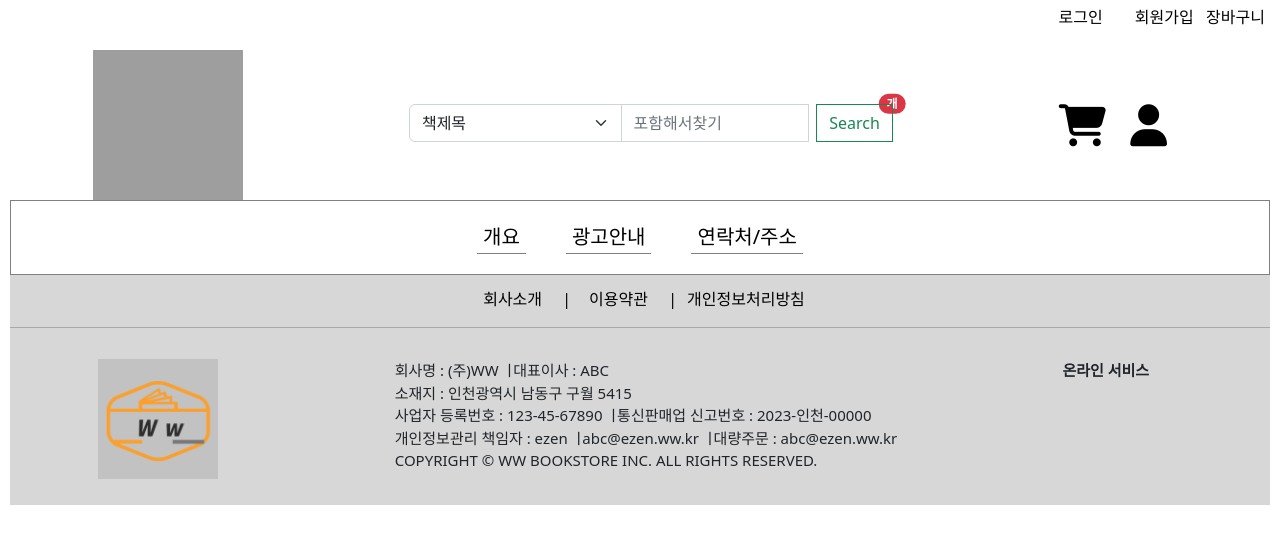
Repository: bongbongi/book1
Page: http://localhost/book/WEB-INF/views/board/boardIntroduce.jsp
These files come from the project's save history. The page is drawn as it stood at one moment and after the next save; the edit follows.
The browser window is 1280 px wide. The pictures show the whole page.
Pictures or frames that could not be fetched are drawn as grey boxes. Some web libraries are served in a nearby version. The page is served by Tomcat 9. Nobody is signed in. Other server files are loaded and not shown. The template is opened directly, without the code that normally fills it, so the values that code supplies are empty.

Above is the page before, as saved 2023-01-09 14:22:32.

### book/src/main/webapp/WEB-INF/views/board/boardIntroduce.jsp
<%@ page language="java" contentType="text/html; charset=UTF-8"
    pageEncoding="UTF-8"%>
<%@ taglib uri="http://java.sun.com/jsp/jstl/core" prefix="c"%>
<!DOCTYPE html>
<html>
<head>
<meta charset="UTF-8">
<link href="../resources/css/introduce.css" type="text/css" rel="stylesheet">
<title>Insert title here</title>
<style type="text/css">
.main{
	width:1260px;
	margin: 0 auto;

	text-align: center;
	border:1px solid gray;
}
.intro>a>button{
  	background-color: white;
	margin: 20px;
	font-size: 20px;
	border: none;
	border-bottom: 1px solid gray;
}
.intro>a>button:hover{
	background-color: rgba(210, 209, 209, 0.831);
}
.intro{
	display: flex;
	justify-content: center;
}
</style>
</head>
<body>
<jsp:include page="../layout/header.jsp"></jsp:include>
	<div class="main">
		<div class="intro">
				<a href="/content?content=okay1"><button>개요</button></a>
				<a href="/content?content=okay2"><button>광고안내</button></a>
				<a href="/content?content=okay3"><button>연락처/주소</button></a>
		</div>
		<c:forEach items="${content}" var="content">
			<c:choose>
				<c:when test="${content eq	'okay1' || content == 'main'}">
					<div class="companyIntroduce">
						<img alt="로고" src="/resources/img/logo.jpg"><Br>
					 	'ww'는 when where 의 약자로서 언제든 어디서든 노력한다는 뜻입니다.<br>
					 	'ww'라는 브랜드에는 고객의 꿈을 위해 언제, 어디서든 노력한다는 기업정신이<br>
					 	담겨 있습니다.

					 	'ww'는 수 없이 많은 새로운 서비스를 전자상거래에 도입하였으며 우리가 도입하면<br>
					 	 그것이 곧 업계의 표준이 되었습니다. 오늘도 'WW'는 혁신을 거듭하며 우리나라 <br>
					 	 전자상거래의 역사를 새롭게 써나가고 있습니다.<br>
						<table>
							<tr>
								<th>회사명</th>
								<td>(주)WW</td>
							</tr>
							<tr>
								<th>대표이사</th>
								<td>ABC</td>
							</tr>
							<tr>
								<th>소재지</th>
								<td>인천광역시 남동구 구월 5415</td>
							</tr>
							<tr>
								<th>사업자 등록번호</th>
								<td>123-45-67890</td>
							</tr>
							<tr>
								<th>통신판매업 신고번호</th>
								<td>2023-인천-00000</td>
							</tr>
							<tr>
								<th>개인정보관리 책임자</th>
								<td>ezen</td>
							</tr>
							<tr>
								<th>대량주문</th>
								<td>abc@ezen.ww.kr</td>
							</tr>
						</table>
					</div>
				</c:when>
				<c:when test="${content eq	'okay2'}"></c:when>
				<c:when test="${content eq	'okay3'}">
					<pre>
						WW 본사에서는 도서를 직접 판매하는 매장이 없으며, 온라인에서 주문하신 도서를 직접 찾아가실 수도 없습니다.
						오프라인 중고 매장을 찾으시는 경우에는 중고매장 리스트를 참고하시기 바랍니다.


						주소
						도로명 : 인천 남동구 인하로 485 4층
						지번 : 구월동 1465-1

						찾아오는 길
						[지하철]
						인천 2호선 예술회관역 2번 출구로 나와서 20m 직진
						인천 1호선 인천시청역 5번 출구로 나와서 500m 직진, 좌회전 200m
						[버스]
						예술회관 하차
						파랑버스 (간선) : 42, 45
						초록버스 (지선) : 534, 순환56
						* 고객님의 배송 및 이용 문의는 고객지원센터 전화 (지역번호 없이)
						  1544-2514 또는 1:1 문의를 이용해주십시오.
				 	</pre>
				</c:when>
			</c:choose>
		</c:forEach>
	</div>
<jsp:include page="../layout/footer.jsp"></jsp:include>
</body>
</html>

### book/src/main/webapp/WEB-INF/views/layout/header.jsp
<%@ page language="java" contentType="text/html; charset=UTF-8" pageEncoding="UTF-8"%>
<%@ taglib uri="http://java.sun.com/jsp/jstl/core" prefix="c"%>
<link href="https://cdn.jsdelivr.net/npm/bootstrap@5.2.2/dist/css/bootstrap.min.css" rel="stylesheet" integrity="sha384-Zenh87qX5JnK2Jl0vWa8Ck2rdkQ2Bzep5IDxbcnCeuOxjzrPF/et3URy9Bv1WTRi" crossorigin="anonymous">
<script src="https://kit.fontawesome.com/92e616dfba.js" crossorigin="anonymous"></script>
<meta charset="UTF-8">
<!DOCTYPE html>
<html>
<head>
<style>
.header {
   margin: 0 auto;
   width: 1260px;
   height: 200px;
}

.menu {
   display: flex;
   justify-content: flex-end;
   padding: 5px;
}

.logo {
   width: 150px;
   height: 150px;
   background-color: blue;
}

.logo>a>img {
   width: 150px;
   height: 150px;
}

.searchBar {
   /* position:absolute; */
   width: 484px;
   height: 42px;
   /* background-color: gold; */
   margin-top: 54px;
   border-radius: 30px;
}

.bar {
   height: 150px;
   display: flex;
   flex-direction: row;
   flex-wrap: nowrap;
   justify-content: space-around;
   /*    align-items: baseline; */
}

.icons>a>i {
   font-size: 42px;
   color: black;
   margin-top: 54px;
   margin-right: 20px;
}
</style>
</head>
<body>
   <div class="header">
      <div class="menu">
         <c:if test="${ses.mem_id ==null}">
            <ul>
               <a href="/mem/loginPage">로그인</a>
            </ul>
            <ul>
               <a href="/mem/joinPage">회원가입</a>
            </ul>
         </c:if>
         <c:if test="${ses.mem_auth == '0' }">
            <ul>
               <a href="/mem/logOut">로그아웃</a>
            </ul>
            <ul>
               <a href="/mem/adminPage">관리인페이지</a>
            </ul>
         </c:if>
         <c:if test="${ses.mem_id !=null && ses.mem_auth !='0' }">
            <ul>
               <a href="/mem/logOut">로그아웃</a>
            </ul>
            <ul>
               <a href="/mem/mypage">마이페이지</a>
            </ul>
         </c:if>
         <%-- <ul>
            <a href="/cart/cartdetail?mem_num=${ses.mem_num}">장바구니</a>
         </ul> --%>
         <c:if test="${ses.mem_id !=null}">
         <ul>
            <a href="/cart/cartdetail?mem_num=${ses.mem_num}">장바구니</a>
         </ul>
         </c:if>
         <c:if test="${ses.mem_id == null}">
               <a href="/mem/loginPage" onclick="gologin(event)">&nbsp&nbsp&nbsp장바구니</a>
         </c:if>
      </div>
      <div class="bar">
         <div class="logo">
            <a href="/"><img src="/resources/img/logo.jpg" alt="로고"></a>
         </div>
         <div class="searchBar">
            <form action="/book/search" class="d-flex" role="search" method="get">
               <div class="input-group mb-3">
                  <!-- 값을 별도 저장 -->
                  <c:set value="${pgh.pgvo.type}" var="typed" />
                  <select class="form-select" name="type">
                     <option value="t" ${typed eq 't' ? 'selected' :'' }>책제목</option>
                     <option value="c" ${typed eq 'c' ? 'selected' :'' }>작가이름</option>
                     <option value="w" ${typed eq 'w' ? 'selected' :'' }>출판사</option>
                  </select> <input class="form-control me-2" type="text" name="keyword" placeholder="포함해서찾기"> <input type="hidden" name="pageNo" value="1"> <input type="hidden" name="qty" value="10">
                  <button class="btn btn-outline-success" type="submit">Search</button>
                  <span class="position-absolute top-0 start-100 translate-middle badge rounded-pill bg-danger"> ${pgh.totalCount}개 <span class="visually-hidden">unread messages</span>
                  </span>
               </div>
            </form>
         </div>
         <div class="icons">
            <!-- 로그인 되었을때 -->
            <c:if test="${ses.mem_id !=null}">
            <a href="/cart/cartdetail?mem_num=${ses.mem_num}">
               <i class="fa-solid fa-cart-shopping"></i>
            </a>
            </c:if>
            <!-- 로그인 안되었을때 -->
            <c:if test="${ses.mem_id == null}">
            <a href="/mem/loginPage" onclick="gologin(event)">
               <i class="fa-solid fa-cart-shopping"></i>
            </a>
            </c:if>

            <c:if test="${ses.mem_auth == '0' }">
               <a href="/mem/adminPage">
                  <i class="fa-solid fa-user"></i>
               </a>
            </c:if>
            <c:if test="${ses.mem_auth != '0' }">
               <a href="/mem/mypage">
                  <i class="fa-solid fa-user"></i>
               </a>
            </c:if>

         </div>
      </div>
   </div>

   <script type="text/javascript">
      function gologin(event) {
         alert("로그인이 필요합니다!");
      }
      </script>
</body>
</html>

### book/src/main/webapp/WEB-INF/views/layout/footer.jsp
<%@ page language="java" contentType="text/html; charset=UTF-8"
   pageEncoding="UTF-8"%>
   <%@ taglib uri="http://java.sun.com/jsp/jstl/core" prefix="c"%>
<!DOCTYPE html>
<html>
<head>
<meta charset="UTF-8">
<title>Insert title here</title>
<style>
.footer {
   width: 1260px;
   height: 230px;
   background-color: rgba(175, 175, 175, 0.5);
   margin: 0 auto;
}

.footer-logo {

   width: 120px;
   height: 120px;
   background-color: beige;
}
.footer-logo>img{
   width: 120px;
   height: 120px;
}

.address-box {
   text-align: left;
   padding: 0;
   margin: 0;
}

.address {
   padding: 15px;
   height: 150px;
   display: flex;
   font-size: 15px;
   /* align-items: baseline; */
   flex-direction: row;
   flex-wrap: nowrap;
   justify-content: space-around;
}

ul {
   list-style: none;
}

.footer, .address li {

}

.footer-top {
   text-align: center;
   padding-top: 12px;
}

.footer-top>ul {
   margin: 0;
   padding: 0;
   display: flex;
   justify-content: center;
}

.footer-top>li {
   margin: 0;
   padding: 0;
}

a {
   text-decoration-line: none;
   color: black;
}

a:visited {
   text-decoration: none;
}

a:hover {
   text-decoration: none;
}

a:focus {
   text-decoration: none;
}

a:hover, a:active {
   text-decoration: none;
}

.online-serviceBar {
   padding: 0px;
   margin-left: 20px;
   width: 120px;
   height: 120px;
}

.online-serviceBar>ul {
   margin: 0px;
   padding: 0px;
}

</style>

</head>

<body>
   <div class="footer">
      <div class="footer-top">
         <ul>
            <li><a href="/introduce">회사소개 　|　 </a></li>
            <li><a href="/tos">이용약관 　| 　</a></li>
            <li><a href="/pp">개인정보처리방침</a></li>
         </ul>
      </div>
      <hr>
      <div class="address">
         <div class="footer-logo">
            <img src="../resources/img/logo2.png" alt="로고">
         </div>
         <div class="address-box">
            <ul>
               <li>회사명 : (주)WW <span style="margin-right: -7px;">ㅣ</span>
                  대표이사 : ABC
               </li>

               <li>소재지 : 인천광역시 남동구 구월 5415</li>
               <li>사업자 등록번호 : 123-45-67890 <span style="margin-right: -7px;">ㅣ</span>
                  통신판매업 신고번호 : 2023-인천-00000
               </li>

               <li>개인정보관리 책임자 : ezen <span style="margin-right: -7px;">ㅣ</span>
                  abc@ezen.ww.kr <span style="margin-right: -7px;">ㅣ</span> 대량주문 :
                  abc@ezen.ww.kr
               </li>

               <li>COPYRIGHT © WW BOOKSTORE INC. ALL RIGHTS RESERVED.</li>

            </ul>

         </div>
         <div class="online-serviceBar">
            <strong>온라인 서비스</strong>
            <c:if test="${ses.mem_auth eq 1}">
            <ul>
               <li><a href="/mem/mypage">마이페이지</a></li>
               <li><a href="/ntc/noticeOnly">공지사항</a></li>
               <li><a href="/board/list">1대1문의</a></li>
               <li><a href="/faq/faqListOnly">FAQ</a></li>
            </ul>
            </c:if>
            <c:if test="${ses.mem_auth eq 0}">
            <ul>
               <li><a href="/" onclick="gologin(event)">마이페이지</a></li>
               <li><a href="/ntc/noticeOnly">공지사항</a></li>
               <li><a href="/" onclick="gologin(event)">1대1문의</a></li>
               <li><a href="/faq/faqListOnly">FAQ</a></li>
            </ul>

            </c:if>
         </div>
      </div>
   </div>

   <script type="text/javascript">

   function gologin(event) {
      alert("일반회원 영역입니다")
   }



   </script>

</body>
</html>

### book/src/main/webapp/resources/css/introduce.css
@charset "UTF-8";
.main{
	width:1260px;
	margin: 0 auto;

	text-align: center;
	border:1px solid gray;
}
.intro>a>button{
  	background-color: white;
	margin: 20px;
	font-size: 20px;
	border: none;
	border-bottom: 1px solid gray;
}
.intro>a>button:hover{
	background-color: rgba(210, 209, 209, 0.831);
}
.intro{
	display: flex;
	justify-content: center;
}
table,
td,th{
    border: 1px solid black;
    text-align: center;
}
table{
    margin:0 auto;
    width: 600px;
}
.tableBox{
	margin: 20px 0px;
}
.companyNumAndAddress{
	margin:40px 0px;
}

After the next save:
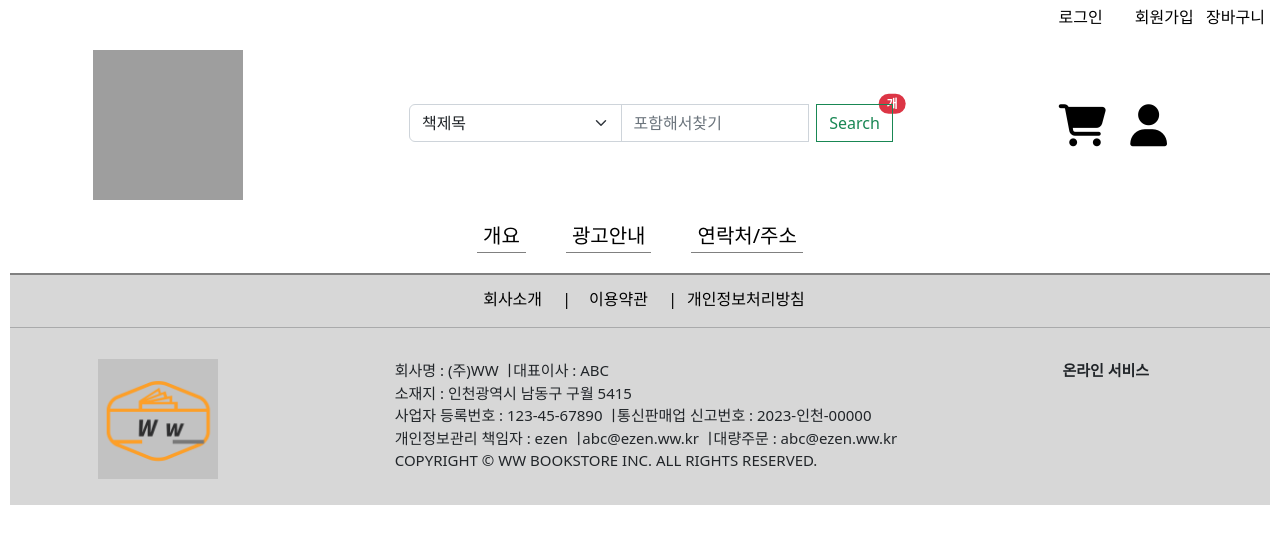
Saved 24 s later.
--- a/book/src/main/webapp/WEB-INF/views/board/boardIntroduce.jsp
+++ b/book/src/main/webapp/WEB-INF/views/board/boardIntroduce.jsp
@@ -33,12 +33,12 @@
 </head>
 <body>
 <jsp:include page="../layout/header.jsp"></jsp:include>
-	<div class="main">
 		<div class="intro">
 				<a href="/content?content=okay1"><button>개요</button></a>
 				<a href="/content?content=okay2"><button>광고안내</button></a>
 				<a href="/content?content=okay3"><button>연락처/주소</button></a>
 		</div>
+		<div class="main">
 		<c:forEach items="${content}" var="content">
 			<c:choose>
 				<c:when test="${content eq	'okay1' || content == 'main'}">
